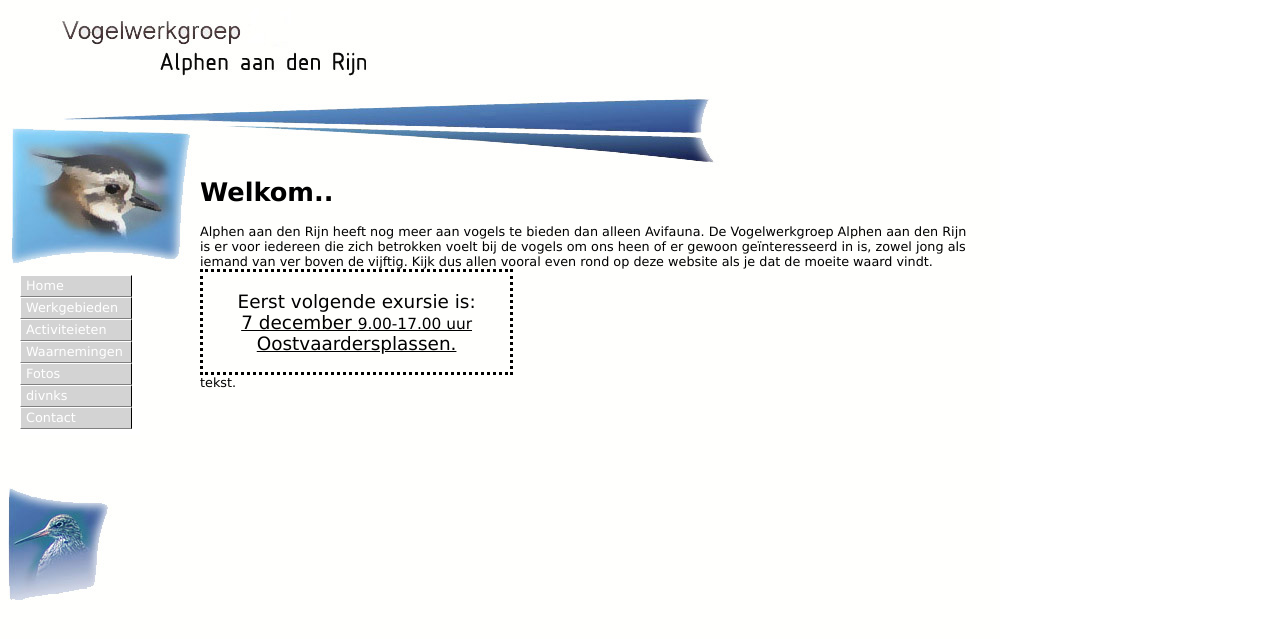
Repository: wimkok/diverse-testjes
Page: VWG/index.html
The author's editor kept a record of every edit. The page is drawn from the files as they stood at one moment, then again after the next edit.
The browser window is 1280 px wide. The pictures show the whole page.

Above is the page before.

### VWG/index.html
<!DOCTYPE html PUBLIC "-//W3C//DTD XHTML 1.0 Transitional//EN" "http://www.w3.org/TR/xhtml1/DTD/xhtml1-transitional.dtd">
<html xmlns="http://www.w3.org/1999/xhtml" xml:lang="en-gb" lang="en-gb">
<head>
    <meta http-equiv="Content-Type" content="text/html;charset=UTF-8" />
    <link rel="stylesheet" type="text/css" href="./vwgalphen.css">
    <script src="showDOM.js"></script>
</head>
<body class='withbg'>
    <div id='base'>
        <div class='item'>
        <h1>Welkom..</h1>
Alphen aan den Rijn heeft nog meer aan vogels te bieden dan alleen Avifauna.
De Vogelwerkgroep Alphen aan den Rijn is er voor iedereen die zich betrokken voelt bij de vogels om ons heen of er gewoon geïnteresseerd in is,
zowel jong als iemand van ver boven de vijftig. Kijk dus allen vooral even rond op deze website als je dat de moeite waard vindt.
        </div>

        <div class='boxed'>
        <p style='text-align:center; font-size:120%'>Eerst volgende exursie is:<br>
        <a class='normal' href="#07dec2014">7 december <small>9.00-17.00 uur</small> Oostvaardersplassen.</a>
        </div>

        <div class='item'>
        tekst.
        </div>
    </div>
    <iframe id='menu' src="./menu.html" ></iframe>
</body>
</html>

### VWG/vwgalphen.css
body {
	font-family: verdana, helvetica, arial, sans-serif;
	font-size: 80%;
	margin: 0;
	padding: 0;
	background-color : #ffffff;

}

a.normal:link, a.normal:visited {
	font-family: Verdana, Arial, Helvetica, sans-serif;
	color: black;
}

.withbg {
    background: url('./back.jpg');
    background-repeat: no-repeat;
}

#base {
	position: fixed;
    top: 160px;
    left: 200px;
	width: 60%;

}

#menu {
	position: fixed;
	width: 120px;
    height: 160px;
    top: 275px;
    left: 20px;
	color: green;
	border:none
}

.menu-item {
	background-color: lightgray;
	color:white;
    width: 110px;
    height: 20px;
    border-style: solid;
    border-color: white black gray white;
    border-width: 1px;
    border-top-style: solid;
    border-right-style: solid;
    border-bottom-style: solid;
    border-left-style: solid;
    vertical-align: 5px;
}

.menu-item  a:link, a:visited {
	position: relative;
	top: 2px;
	left: 5px;
	color:white;
	text-decoration: none;
}

.menu-item a:hover, a:active {
	color: black;
	text-decoration: none;
}

iframe {
	border:none;
	overflow:auto;
}

.item {
	border: none;
	text-align: left;
    display:table-cell;
    vertical-align: middle;
}

.boxed {
	position: relative;
	left: auto;
	right: auto;
	border: dotted;
	text-align: left;
	alignment-adjust: middle;
	width: 40%;
	font-size:120%;
}

p,h1,h2,h3,main {
	font-family: Verdana, Arial, Helvetica, sans-serif;
	font-size: 85%;
	color: black;
}


h1 {
	font-family: Verdana, Arial, Helvetica, sans-serif;
	font-size: 200%;

	font-weight: bold;
}

h2 {
	font-family: Verdana, Arial, Helvetica, sans-serif;
	font-size: 160%;

	font-weight: bold;
}


h3 {

	font-size: 110%;


}

### showDOM.js
function showDOM() {
    var retString = "";
    if (document.getElementById("showDOC") != null) {
    	document.getElementById("showDOC").innerHTML = retString + showDocument();
    } else {retString += showDocument()}
    if (document.getElementById("showDOM") != null) {
        retString += showElement(document.documentElement);
    	document.getElementById("showDOM").innerHTML = retString;
    }
}

function showDocument() {
    var retString = "<h1>Document Info</h1>";
    retString += printp("document.body=" + document.body.nodeName);
    retString += printp("document.doctype=" + document.doctype.name);
    if( document.documentMode == undefined)
    	retString += printp("document.documentMode=alleen IE");
    else
    	retString += printp("document.documentMode=" + document.documentMode);
    if( document.documentURI == undefined)
    	retString += printp("document.documentURI=Niet in IE");
    else
	    retString += printp("document.documentURI=" + document.documentURI);
    retString += printp("document.implementation=" + document.implementation);
    retString += printp("document.referrer=" + document.referrer);
    retString += printp("document.title=" + document.title);
    retString += printp("document.URL=" + document.URL);
    retString += printp("document.links.length=" + document.links.length);

    return retString;
}

function showElement( element ) {
    var retString = "<h1>Element ["+element.nodeName+"]</h1>";
    retString += showAttributes(document.documentElement);
    retString += printp("element.nodeName=" + element.nodeName);
    retString += printp("element.nodeType=" + element.nodeType);
    retString += printp("element.nodeValue=" + element.nodeValue);
    retString += printp("element.title=" + element.title);
    retString += printp("element.style=" + element.style);
    retString += "element.childNodes" + showChildNodes(element);
    return retString;
}

function showChildNodes( element ) {
    var retString = "";
    var nodes = element.childNodes;
    for (var i=0; i<nodes.length; i++) {
        retString += printp("node["+i+"]="+nodes[i].nodeName+":"+nodes[i].nodeType);
    }
    return retString;
}

function showAttributes( element ) {
    var retString = "<h2>Atrributes ["+element.nodeName+"]</h2>";
    var attribs = element.attributes;
    for (var i=0; i<attribs.length; i++) {
        retString += "<p>attrib["+i+"]="+attribs[i].name+":"+attribs[i].value+"</p>";
    }
    return retString;
}

function printp( tekst) {
    return "<p>"+tekst+"</p>";
}

### VWG/menu.html
<!DOCTYPE html PUBLIC "-//W3C//DTD XHTML 1.0 Transitional//EN" "http://www.w3.org/TR/xhtml1/DTD/xhtml1-transitional.dtd">
<html xmlns="http://www.w3.org/1999/xhtml" xml:lang="en-gb" lang="en-gb">
<head>
    <link rel="stylesheet" type="text/css" href="./vwgalphen.css">
<script src="showDOM.js"></script>
</head>
<body>
    <div class='menu-item'><a href="index.html">Home</a></div>
    <div class='menu-item'><a href="werkgebied.htm" target="_top">Werkgebieden</a></div>
    <div class='menu-item'><a href="intro.htm">Activiteieten</a></div>
    <div class='menu-item'><a href="waarneming.htm">Waarnemingen</a></div>
    <div class='menu-item'><a href="foto1.htm">Fotos</a></div>
    <div class='menu-item'><a href="divnks.htm">divnks</a></div>
    <div class='menu-item'><a href="contact.htm">Contact</a></div>
</body>
</html>

After the next edit:
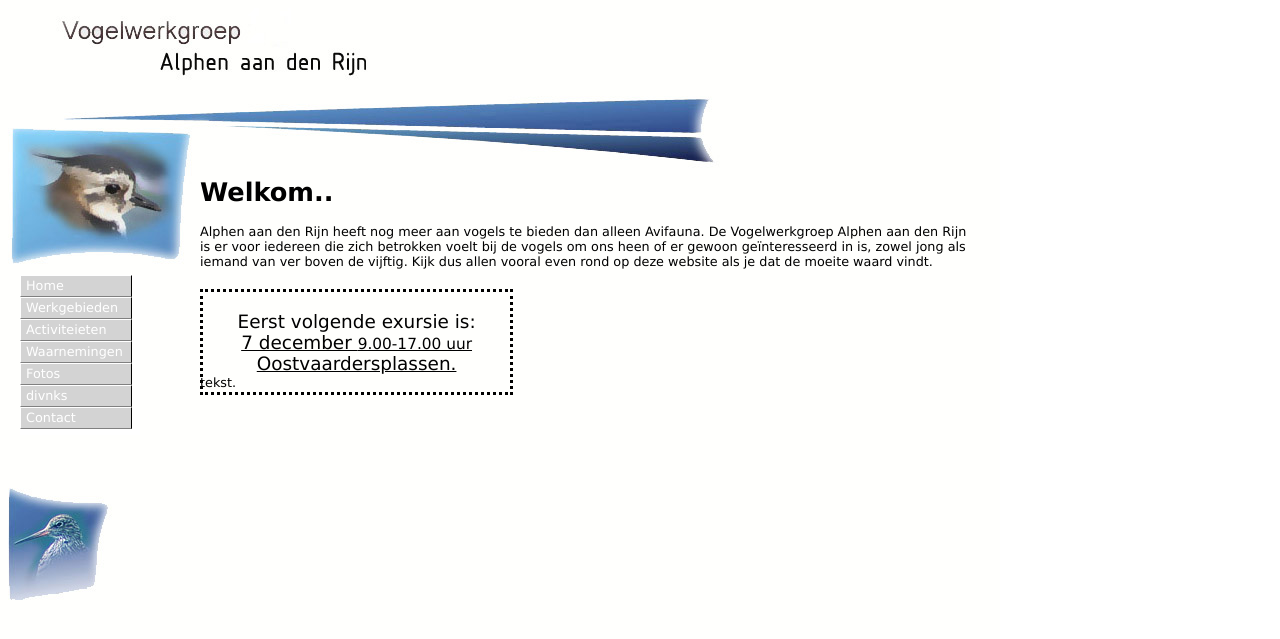
The edit:
--- a/VWG/vwgalphen.css
+++ b/VWG/vwgalphen.css
@@ -77,6 +77,7 @@
 
 .boxed {
 	position: relative;
+	top:20px;
 	left: auto;
 	right: auto;
 	border: dotted;
